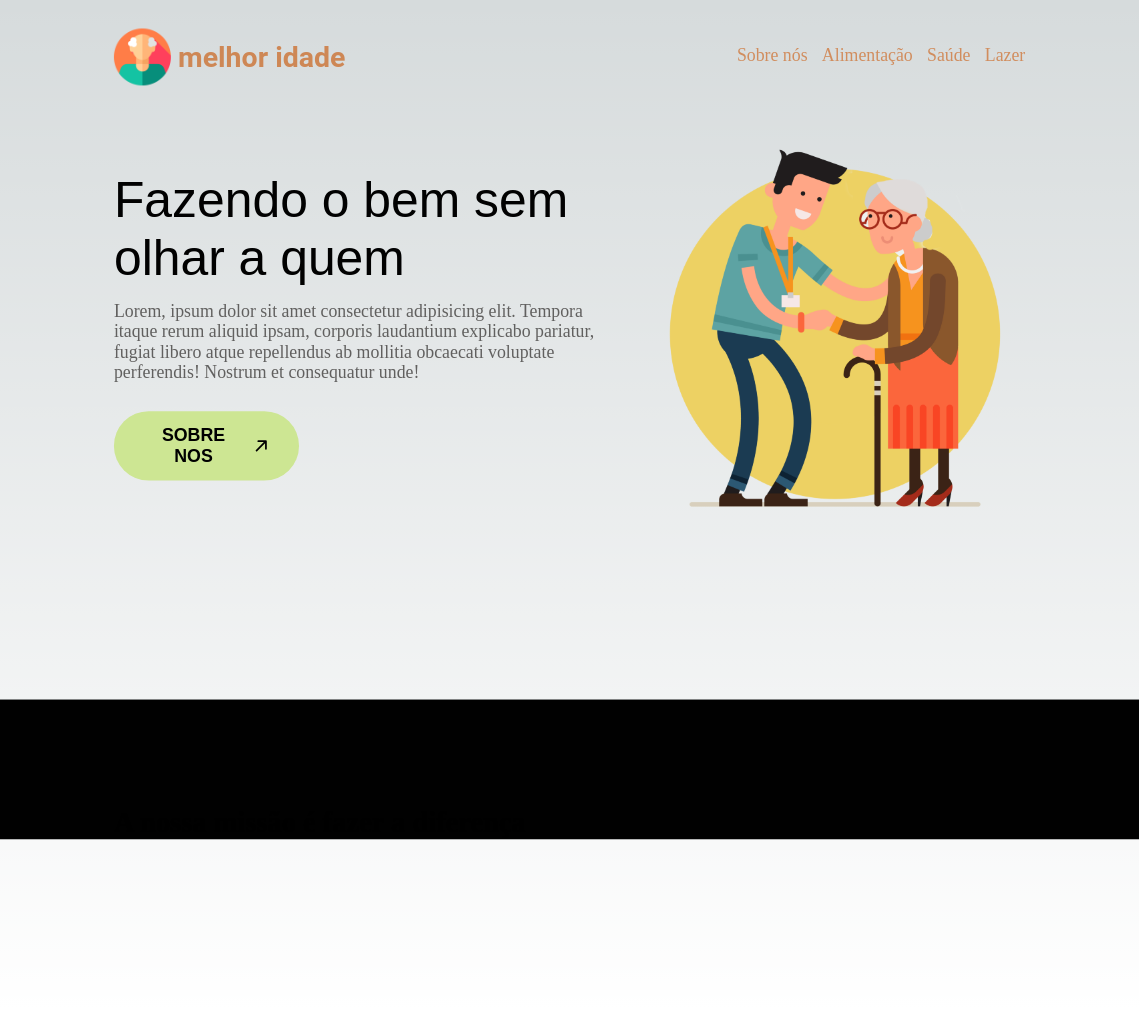
Repository: Giopol12/melhor-idade-online
Page: /index.page
An editor plug-in stored every save of this project. The page is shown before and after the next save, followed by the edit.
The browser window is 1280 px wide. The pictures show the whole page, at 89% of full size.
The project was rebuilt for these pictures with package versions that can differ from the ones it lists, and the page was loaded fresh each time. The framework's server and built-in components were replaced by stand-ins that run in the browser. Also part of the build but not shown: next.config.js.

Above is the page before, as saved 2023-11-21 10:21:54.

After the next save:
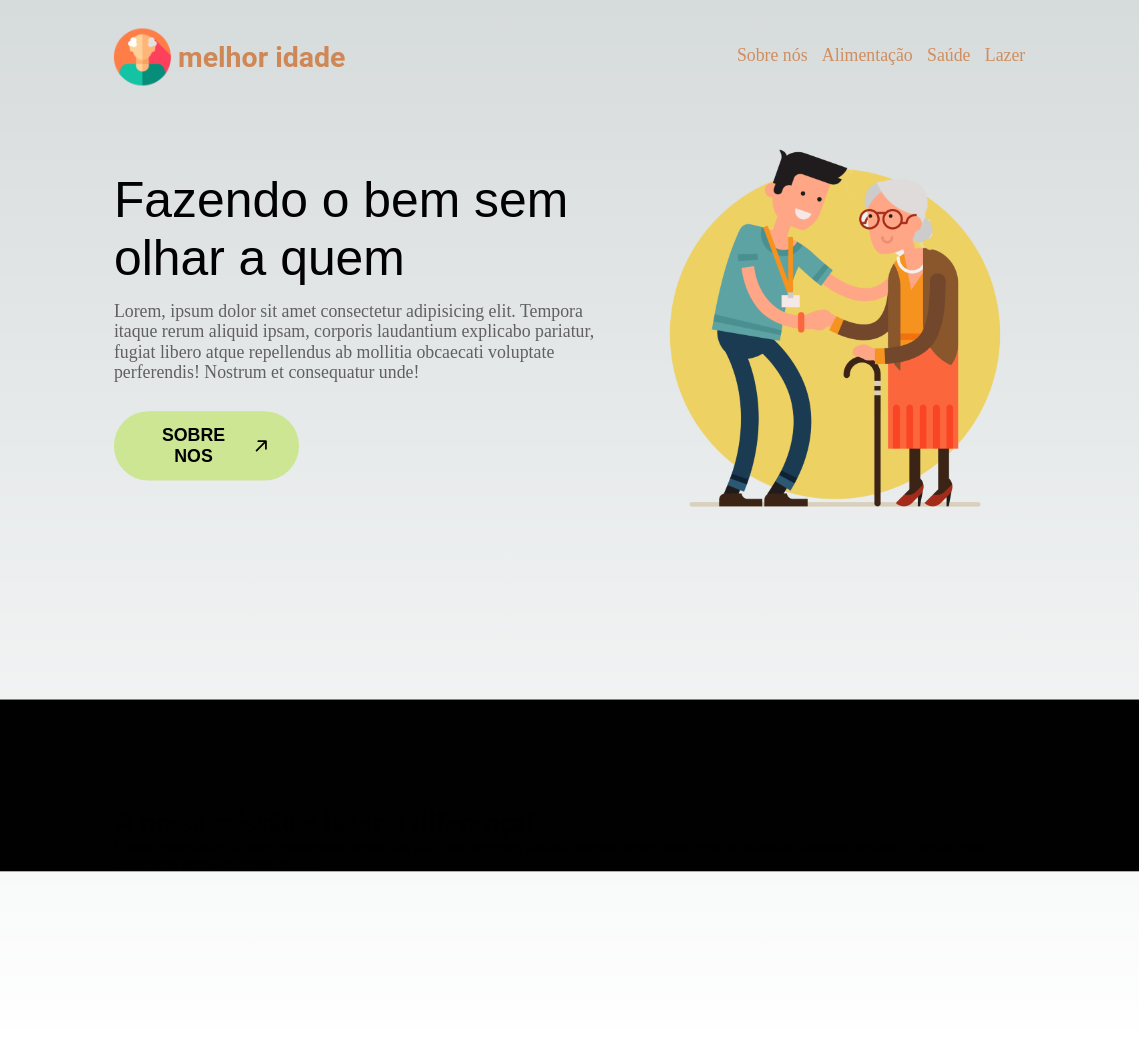
Saved 24 s later.
--- a/src/components/OurMission/index.tsx
+++ b/src/components/OurMission/index.tsx
@@ -9,7 +9,12 @@ export function OurMission() {
     <OurMissionContainer>
       <OurMissionContentContainer>
         <OurMissionTitleAndDescriptionContainer>
-          <h1>A nossa missão é fazer a diferença</h1>
+          <h1>A nossa missão é fazer a diferença!</h1>
+          <p>
+            Lorem ipsum dolor, sit amet consectetur adipisicing elit. Eum
+            excepturi pariatur nesciunt atque labore vero accusantium sapiente
+            veritatis? Aperiam quae consectetur omnis reiciendis officia
+          </p>
         </OurMissionTitleAndDescriptionContainer>
       </OurMissionContentContainer>
     </OurMissionContainer>
